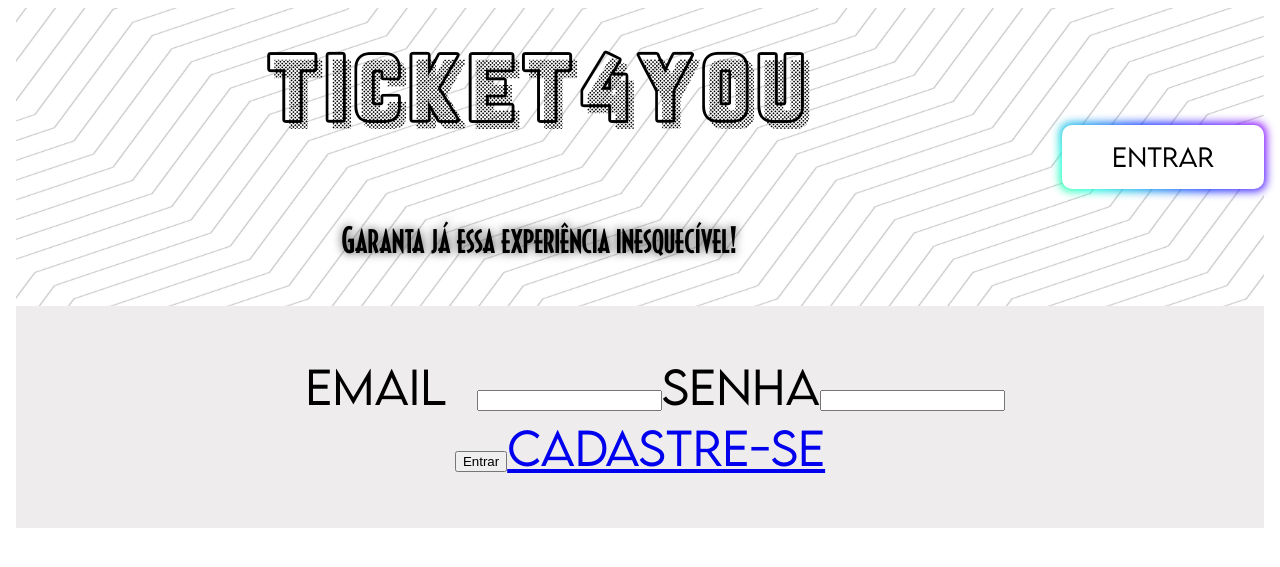
Repository: hellengurgaczz/projeto-DSA
Page: /login
These files come from the project's save history. The page is drawn as it stood at one moment and after the next save; the edit follows.
The browser window is 1280 px wide. The pictures show the whole page.
The project was rebuilt for these pictures with package versions that can differ from the ones it lists, and the page was loaded fresh each time. Also part of the build but not shown: angular.json, src/app/ingressos/templates/cadastrar/cadastrar.component.ts, src/app/models/ingresso.model.ts, src/app/services/ingresso.service.ts, src/app/compra/comprar-ingresso/comprar-ingresso.component.ts, src/app/models/compra.model.ts, src/app/services/compra.service.ts, src/app/ingressos/templates/deletar/deletar.component.ts and 3 more.

Above is the page before, as saved 2022-05-10 12:30:11.

### src/index.html
<!doctype html>
<html lang="en">
<head>
  <meta charset="utf-8">
  <title>ProjetoDSA</title>
  <base href="/">
  <meta name="viewport" content="width=device-width, initial-scale=1">
  <link rel="icon" type="image/x-icon" href="favicon.ico">
</head>
<body>
  <app-root></app-root>
</body>
</html>

### src/app/app.module.ts
import { NgModule } from '@angular/core';
import { BrowserModule } from '@angular/platform-browser';
import { HttpClientModule } from '@angular/common/http';

import { AppRoutingModule } from './app-routing.module';
import { BrowserAnimationsModule } from '@angular/platform-browser/animations';
import { AppComponent } from './app.component';
import { HeaderComponent } from './ingressos/templates/header/header.component';
import { CadastrarComponent } from './ingressos/templates/cadastrar/cadastrar.component';
import { ListarComponent } from './ingressos/templates/listar/listar.component';
import { DeletarComponent } from './ingressos/templates/deletar/deletar.component';
import { EditarComponent } from './ingressos/templates/editar/editar.component';

// imports angular material

import { FormsModule } from '@angular/forms';
import { ComprarIngressoComponent } from './compra/comprar-ingresso/comprar-ingresso.component';
import { LoginComponent } from './login/login.component';
import { LoginCadastroComponent } from './login/login-cadastro/login-cadastro.component';


@NgModule({
  imports: [
    BrowserModule,
    AppRoutingModule,
    HttpClientModule,
    BrowserAnimationsModule,
    FormsModule
  ],
  declarations: [
    AppComponent,
    HeaderComponent,
    CadastrarComponent,
    ListarComponent,
    DeletarComponent,
    EditarComponent,
    ComprarIngressoComponent,
    LoginComponent,
    LoginCadastroComponent
  ],
  providers: [],
  bootstrap: [AppComponent]
})
export class AppModule { }

### src/app/app-routing.module.ts
import { NgModule } from '@angular/core';
import { RouterModule, Routes } from '@angular/router';
import { CadastrarComponent } from './ingressos/templates/cadastrar/cadastrar.component';
import { ComprarIngressoComponent } from './compra/comprar-ingresso/comprar-ingresso.component';
import { DeletarComponent } from './ingressos/templates/deletar/deletar.component';
import { EditarComponent } from './ingressos/templates/editar/editar.component';
import { ListarComponent } from './ingressos/templates/listar/listar.component';
import { LoginComponent } from './login/login.component';
import { LoginCadastroComponent } from './login/login-cadastro/login-cadastro.component';

const routes: Routes = [
  {path: "", component: ListarComponent},
  {path: "cadastrar", component: CadastrarComponent},
  {path: "listar", component: ListarComponent},
  {path: "editar/:id", component: EditarComponent},
  {path: "deletar/:id", component: DeletarComponent},
  {path: "comprar/:id", component: ComprarIngressoComponent},
  {path: "login", component: LoginComponent},
  {path: "login/cadastro", component: LoginCadastroComponent}
];

@NgModule({
  imports: [RouterModule.forRoot(routes)],
  exports: [RouterModule]
})

export class AppRoutingModule { }

### src/app/app.component.ts
import { Component } from '@angular/core';

@Component({
  selector: 'app-root',
  templateUrl: './app.component.html',
  styleUrls: ['./app.component.css']
})
export class AppComponent {
  title = 'projeto-DSA';
}

### src/app/login/login.component.ts
import { Component, OnInit } from '@angular/core';
import { ActivatedRoute, Router } from '@angular/router';
import { Login } from '../models/login.model';
import { LoginService } from '../services/login.service';

@Component({
  selector: 'app-login',
  templateUrl: './login.component.html',
  styleUrls: ['./login.component.css']
})
export class LoginComponent implements OnInit {

  login: Login = new Login();

  constructor(private service: LoginService, private router: Router, private route: ActivatedRoute) { }

  ngOnInit(): void {

  }

  verificarLogin() {
    this.service.buscarLogin(this.login).subscribe(() => {
      this.router.navigate(['/listar']);
    });
  }

}

### src/app/app.component.html
<body>
  <app-header></app-header>

  <main>

    <router-outlet></router-outlet>

  </main>
</body>

### src/app/app.component.css
body {
    background-color: rgba(146, 132, 132, 0.151);
}

### src/app/ingressos/templates/header/header.component.html

<div class="header">
    <div class="titulo">
        <h1 style="font-weight: lighter;">
            TICKET4YOU
        </h1>
        <h4 class="desc">
            Garanta já essa experiência inesquecível!
        </h4>
    </div>
    <div class="login">
        <a routerLink="./login">Entrar</a>
    </div>
</div>

### src/app/ingressos/templates/header/header.component.css
div.header {
    display: flex;
    flex-direction: row;
    background-image: url(../fonts/SL_042620_30310_10.jpg);
    background-size: cover;
}

.titulo {
    display: flex;
    width: 95%;
    align-items: center;
    justify-content: center;
    flex-direction: column;
    font-size: 25px;
    font-family:AMP;
}

.desc{
  font-family: DecoturaICG;
  text-shadow: 0 0 10px #424242;
  font-size: 35px;
  font-weight: lighter
}

.login {
    display: flex;
    justify-content: end;
    align-items: center;
}

a{
  padding: 0.6em 2em;
  border: none;
  text-decoration: none;
  font-family: LEMONMILK-Light;
  font-size: 25px;
  outline: none;
  color: rgb(0, 0, 0);
  background: rgb(255, 255, 255);
  cursor: pointer;
  position: relative;
  z-index: 0;
  border-radius: 10px;
  user-select: none;
  -webkit-user-select: none;
  touch-action: manipulation;
}

a::before{
  content: "";
  background: linear-gradient(
    45deg,
    #ff0000,
    #ff7300,
    #fffb00,
    #48ff00,
    #00ffd5,
    #002bff,
    #7a00ff,
    #ff00c8,
    #ff0000
  );
  position: absolute;
  top: -2px;
  left: -2px;
  background-size: 400%;
  z-index: -1;
  filter: blur(5px);
  -webkit-filter: blur(5px);
  width: calc(100% + 4px);
  height: calc(100% + 4px);
  animation: glowing-button-85 20s linear infinite;
  transition: opacity 0.3s ease-in-out;
  border-radius: 10px;
}

a::after{
  z-index: -1;
  content: "";
  position: absolute;
  width: 100%;
  height: 100%;
  background: rgb(255, 255, 255);
  left: 0;
  top: 0;
  border-radius: 10px;
}

@font-face{
  font-family: AMP;
  src:url(../fonts/AMP.ttf)
}

@font-face{
  font-family: LEMONMILK-Light;
  src: url(../fonts/LEMONMILK-Light.otf);
}

@font-face{
  font-family: DecoturaICG;
  src: url(../fonts/DecoturaICG.ttf);
}

@keyframes glowing-button-85 {
  0% {
    background-position: 0 0;
  }
  50% {
    background-position: 400% 0;
  }
  100% {
    background-position: 0 0;
  }
}

### src/app/login/login.component.html
<div class="all">
    <label class="email" for="email">Email</label>
    <input type="text"  name="email" class="emailinput" [(ngModel)]="login.email">

    <label class="senha" for="senha">Senha</label>
    <input type="password"  name="email" class="senhainuput" [(ngModel)]="login.senha">

    <div>
        <button (click)="verificarLogin()">Entrar</button>
        <a routerLink="login/cadastro">Cadastre-se</a>
    </div>
</div>

### src/app/login/login.component.css
.all{
  font-family: LEMONMILKLight;
  font-size: 45px;
  text-align: center;
  padding: 50px;
}

.email{
  margin: 30px;
}

@font-face{
  font-family: LEMONMILKLight;
  src: url(fonts/LEMONMILK-Light.otf);
}

### src/app/models/login.model.ts
export class Login {
    id: number = 0;
    email?: string;
    senha?: string;
}

### src/app/services/login.service.ts
import { HttpClient } from '@angular/common/http';
import { Injectable } from '@angular/core';
import { Observable } from 'rxjs';
import { Login } from '../models/login.model';

@Injectable({
  providedIn: 'root'
})
export class LoginService {

  constructor(private http: HttpClient) { }

  URL = "http://localhost:3001/logins";


    buscarLogin(login : Login) : Observable<Login>{
      return this.http.get<Login>(this.URL + "/" + login.id);
    }

    cadastrarIngresso(login : Login) : Observable<any> {
      return this.http.post(this.URL, login);
    }
}

Loaded but not shown: src/styles.css (common file); src/main.ts (common file); src/environments/environment.ts (common file); src/app/ingressos/templates/header/header.component.ts (common file)

After the next save:
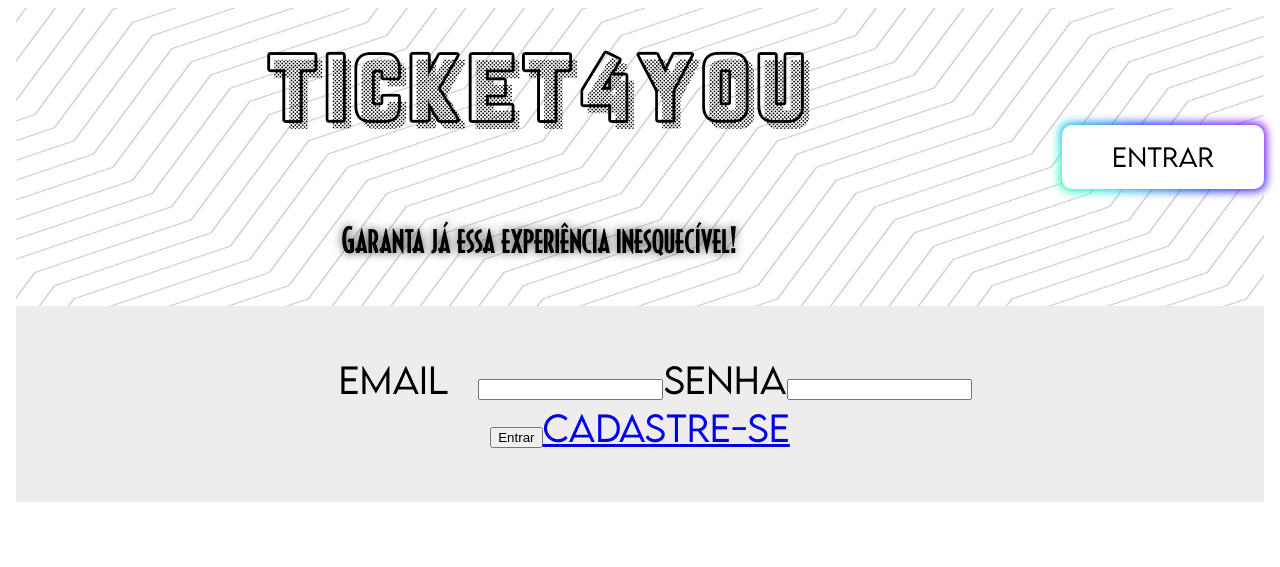
Saved 7 s later.
--- a/src/app/login/login.component.css
+++ b/src/app/login/login.component.css
@@ -1,6 +1,6 @@
 .all{
   font-family: LEMONMILKLight;
-  font-size: 45px;
+  font-size: 35px;
   text-align: center;
   padding: 50px;
 }
